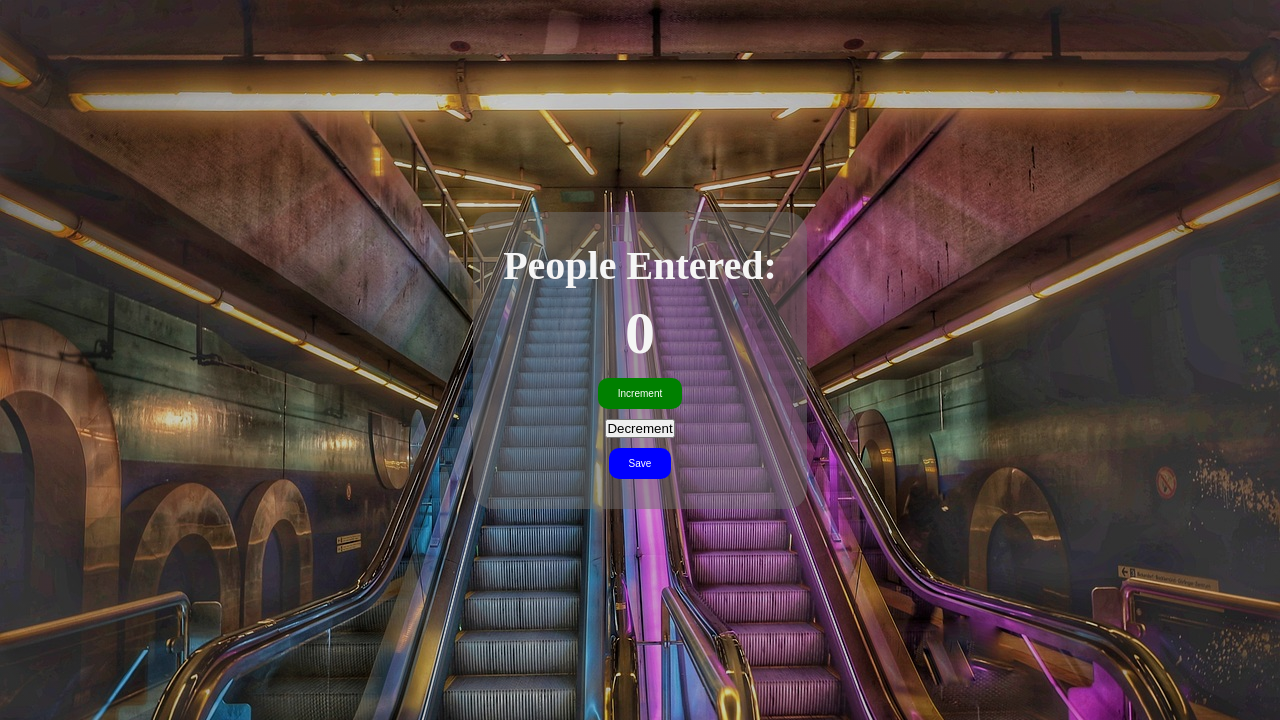
Repository: raghhavv03/javascript-practice
Page: task-1/index.html
An editor plug-in stored every save of this project. The page is shown before and after a run of saves, followed by the edit.
The browser window is 1280 px wide. The pictures show the whole page.

Above is the page before, as saved 2026-02-04 17:47:23.

After the next 2 saves:
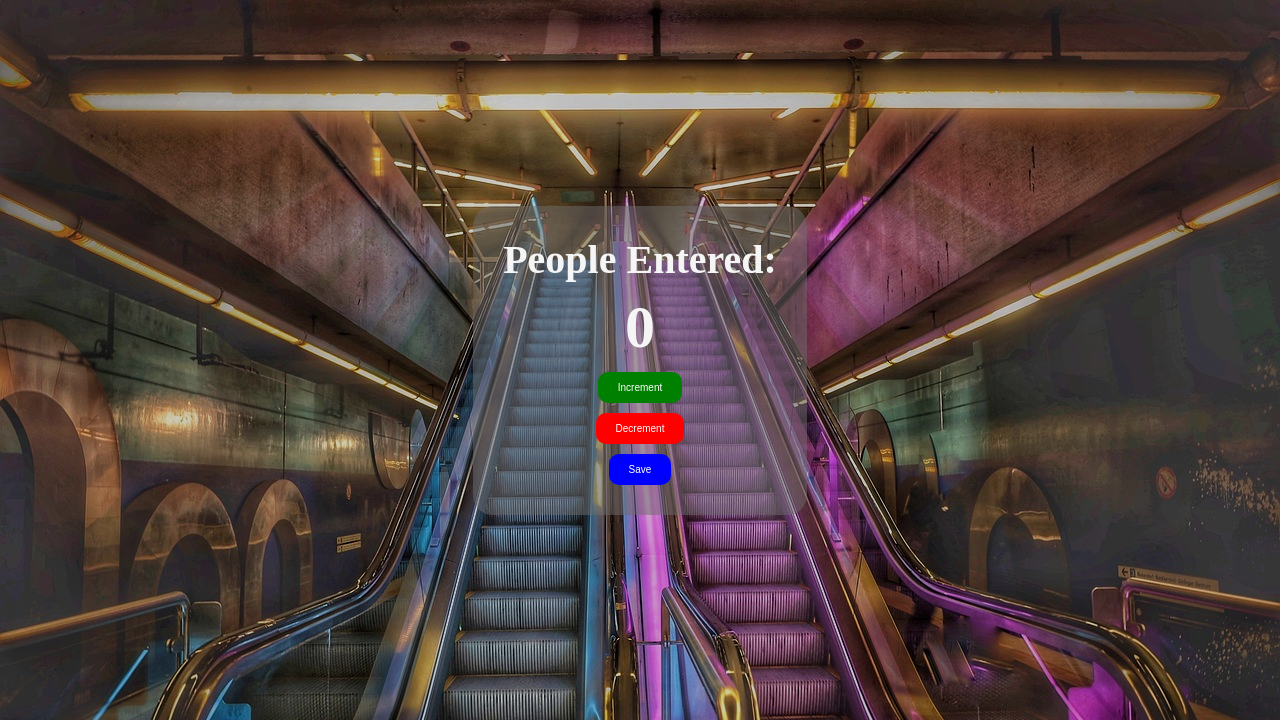
The 2 saves are shown as one change because they came seconds apart.
The last was saved 6 s later.
--- a/task-1/style.css
+++ b/task-1/style.css
@@ -43,12 +43,12 @@ h2 {
     cursor: pointer;
 }
 
-#increment-btn {
+#decrement-btn {
     padding: 10px 20px;
     font-size:10px;
     border: none;
     border-radius: 10px;
-    background-color: green;
+    background-color: red;
     color: white;
     cursor: pointer;
 }
